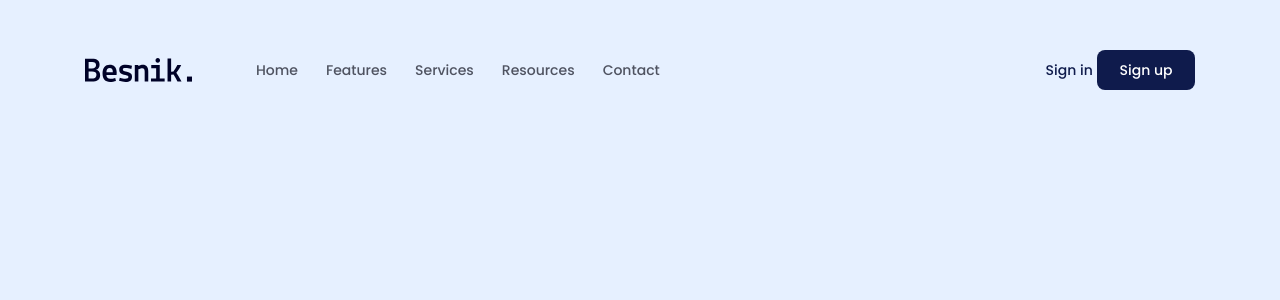
Repository: trungnguyen131/froject-01
Page: index.html
These files come from the project's save history. The page is drawn as it stood at one moment and after a run of saves; the edit follows.
The browser window is 1280 px wide. The pictures show the whole page.

Above is the page before, as saved 2024-02-24 11:40:14.

### index.html
<!DOCTYPE html>
<html lang="en">
<head>
    <meta charset="UTF-8">
    <meta name="viewport" content="width=device-width, initial-scale=1.0">
    <title>Project 01</title>
    <link rel="stylesheet" href="./assets/css/reset.css">
    <link rel="stylesheet" href="./assets/fonts/stylesheet.css">
    <link rel="stylesheet" href="./assets/css/style.css">
</head>
<body>
    <main>
        <!-- Header -->
        <header class="header">
            <div class="content">
                <nav class="navbar">
                    <!-- Logo -->
                    <img src="./assets/img/logo.svg" alt="Besnik.">
                    <!-- Navigation -->
                    <ul>
                        <li><a href="#!">Home</a></li>
                        <li><a href="#!">Features</a></li>
                        <li><a href="#!">Services</a></li>
                        <li><a href="#!">Resources</a></li>
                        <li><a href="#!">Contact</a></li>
                    </ul>
                    <!-- Action -->
                    <div class="actions">
                        <a href="#!" class="action-link">Sign in</a>
                        <a href="#!" class="btn action-btn">Sign up</a>
                    </div>
                </nav>
            </div>
        </header>
    </main>
</body>
</html>

### assets/fonts/stylesheet.css
/* ========================= Poppins =========================  */
@font-face {
    font-family: 'Poppins';
    src: url('Poppins/Poppins-SemiBold.woff2') format('woff2'),
        url('Poppins/Poppins-SemiBold.woff') format('woff');
    font-weight: 600;
    font-style: normal;
    font-display: swap;
}

@font-face {
    font-family: 'Poppins';
    src: url('Poppins/Poppins-Regular.woff2') format('woff2'),
        url('Poppins/Poppins-Regular.woff') format('woff');
    font-weight: normal;
    font-style: normal;
    font-display: swap;
}

@font-face {
    font-family: 'Poppins';
    src: url('Poppins/Poppins-MediumItalic.woff2') format('woff2'),
        url('Poppins/Poppins-MediumItalic.woff') format('woff');
    font-weight: 500;
    font-style: italic;
    font-display: swap;
}

@font-face {
    font-family: 'Poppins';
    src: url('Poppins/Poppins-Thin.woff2') format('woff2'),
        url('Poppins/Poppins-Thin.woff') format('woff');
    font-weight: 100;
    font-style: normal;
    font-display: swap;
}

@font-face {
    font-family: 'Poppins';
    src: url('Poppins/Poppins-ThinItalic.woff2') format('woff2'),
        url('Poppins/Poppins-ThinItalic.woff') format('woff');
    font-weight: 100;
    font-style: italic;
    font-display: swap;
}

@font-face {
    font-family: 'Poppins';
    src: url('Poppins/Poppins-Black.woff2') format('woff2'),
        url('Poppins/Poppins-Black.woff') format('woff');
    font-weight: 900;
    font-style: normal;
    font-display: swap;
}

@font-face {
    font-family: 'Poppins';
    src: url('Poppins/Poppins-Bold.woff2') format('woff2'),
        url('Poppins/Poppins-Bold.woff') format('woff');
    font-weight: bold;
    font-style: normal;
    font-display: swap;
}

@font-face {
    font-family: 'Poppins';
    src: url('Poppins/Poppins-SemiBoldItalic.woff2') format('woff2'),
        url('Poppins/Poppins-SemiBoldItalic.woff') format('woff');
    font-weight: 600;
    font-style: italic;
    font-display: swap;
}

@font-face {
    font-family: 'Poppins';
    src: url('Poppins/Poppins-BlackItalic.woff2') format('woff2'),
        url('Poppins/Poppins-BlackItalic.woff') format('woff');
    font-weight: 900;
    font-style: italic;
    font-display: swap;
}

@font-face {
    font-family: 'Poppins';
    src: url('Poppins/Poppins-ExtraBoldItalic.woff2') format('woff2'),
        url('Poppins/Poppins-ExtraBoldItalic.woff') format('woff');
    font-weight: bold;
    font-style: italic;
    font-display: swap;
}

@font-face {
    font-family: 'Poppins';
    src: url('Poppins/Poppins-ExtraBold.woff2') format('woff2'),
        url('Poppins/Poppins-ExtraBold.woff') format('woff');
    font-weight: bold;
    font-style: normal;
    font-display: swap;
}

@font-face {
    font-family: 'Poppins';
    src: url('Poppins/Poppins-ExtraLightItalic.woff2') format('woff2'),
        url('Poppins/Poppins-ExtraLightItalic.woff') format('woff');
    font-weight: 200;
    font-style: italic;
    font-display: swap;
}

@font-face {
    font-family: 'Poppins';
    src: url('Poppins/Poppins-ExtraLight.woff2') format('woff2'),
        url('Poppins/Poppins-ExtraLight.woff') format('woff');
    font-weight: 200;
    font-style: normal;
    font-display: swap;
}

@font-face {
    font-family: 'Poppins';
    src: url('Poppins/Poppins-BoldItalic.woff2') format('woff2'),
        url('Poppins/Poppins-BoldItalic.woff') format('woff');
    font-weight: bold;
    font-style: italic;
    font-display: swap;
}

@font-face {
    font-family: 'Poppins';
    src: url('Poppins/Poppins-Italic.woff2') format('woff2'),
        url('Poppins/Poppins-Italic.woff') format('woff');
    font-weight: normal;
    font-style: italic;
    font-display: swap;
}

@font-face {
    font-family: 'Poppins';
    src: url('Poppins/Poppins-Medium.woff2') format('woff2'),
        url('Poppins/Poppins-Medium.woff') format('woff');
    font-weight: 500;
    font-style: normal;
    font-display: swap;
}

@font-face {
    font-family: 'Poppins';
    src: url('Poppins/Poppins-LightItalic.woff2') format('woff2'),
        url('Poppins/Poppins-LightItalic.woff') format('woff');
    font-weight: 300;
    font-style: italic;
    font-display: swap;
}

@font-face {
    font-family: 'Poppins';
    src: url('Poppins/Poppins-Light.woff2') format('woff2'),
        url('Poppins/Poppins-Light.woff') format('woff');
    font-weight: 300;
    font-style: normal;
    font-display: swap;
}

### assets/css/style.css
* {
    box-sizing: border-box;
}

html {
    font-size: 62.5%;;
}

body {
    font-size: 1.6rem;
    font-family: 'Poppins', sans-serif;
}

/* Common */
a {
    text-decoration: none;
}
.content {
    width: 1110px;
    margin-left: auto;
    margin-right:auto;
}
.btn {
    min-width: 98px;
    background-color: #0f1b4c;
    border-radius: 8px;
    color: #FFF;
    text-align: center;
    font-size: 1.4rem;
    font-weight: 500;
    display: inline-block;
    padding: 18px 16px;
}
/* Header */
.header {
    height: 100vh;
    background: #E6F0FF;
}

.navbar {
    display: flex;
    align-items: center;
    padding-top: 50px;
}

.navbar ul {
    display: flex;
    margin-left: 50px;
}

.navbar .actions {
    margin-left: auto;
}

.navbar ul a {
    font-size: 1.4rem;
    font-weight: 500;
    color: #4F5361;
    padding: 8px 14px;
}

.navbar .action-link {
    font-size: 1.4rem;
    font-weight: 500;
    color: #0F1B4C;
}

.navbar .action-btn {
    padding: 13px 16px;

}

Loaded but not shown: assets/css/reset.css (common file)

After the next 2 saves:
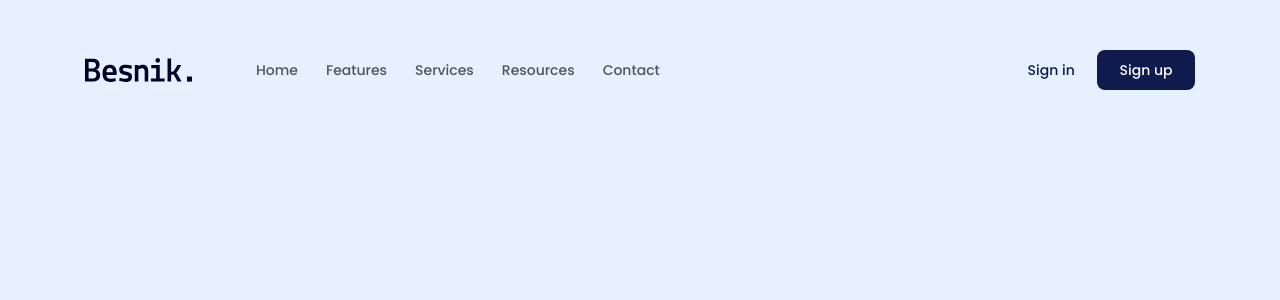
The 2 saves are shown as one change because they came seconds apart.
The last was saved 7 s later.
--- a/assets/css/style.css
+++ b/assets/css/style.css
@@ -67,5 +67,5 @@ a {
 
 .navbar .action-btn {
     padding: 13px 16px;
-
+    margin-left: 18px;
 }
